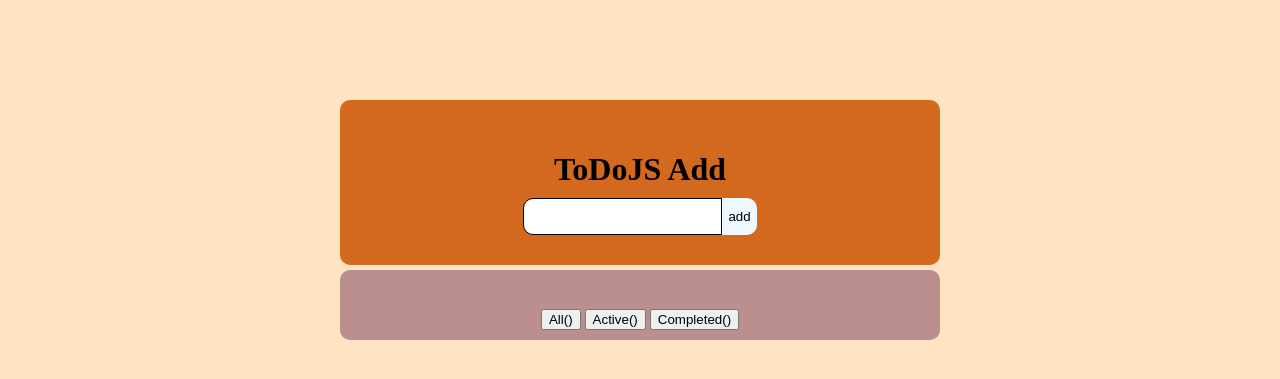
Repository: Savich01/todoTest
Page: index.html
An editor plug-in stored every save of this project. The page is shown before and after the next save, followed by the edit.
The browser window is 1280 px wide. The pictures show the whole page.

Above is the page before, as saved 2024-05-03 15:12:40.

After the next save:
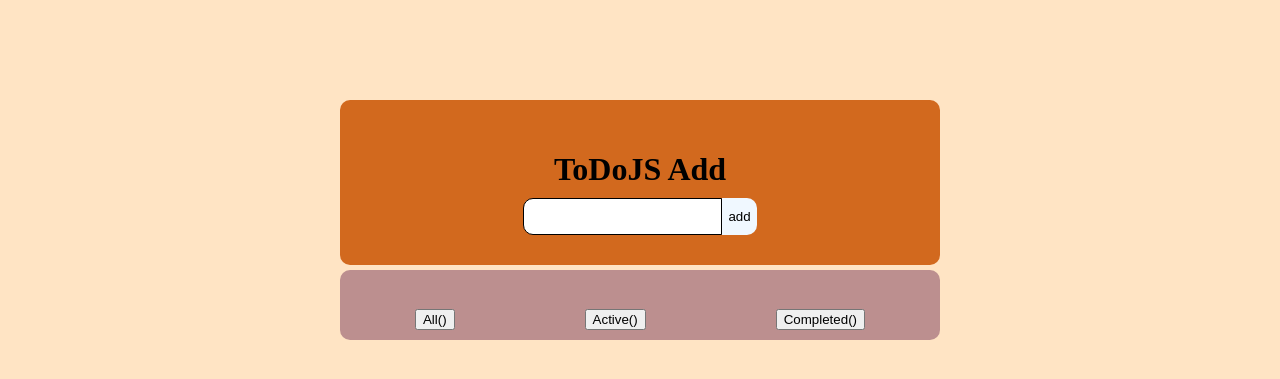
Saved 8 min 12 s later.
--- a/index.html
+++ b/index.html
@@ -24,11 +24,9 @@
 
             </div>
             <div class="main-button">
-                <div class="button">
-                    <button class="main-btn1">All()</button>
-                    <button class="main-btn2">Active()</button>
-                    <button class="main-btn3">Completed()</button>
-                </div>
+                 <button class="main-btn1">All()</button>
+                 <button class="main-btn2">Active()</button>
+                 <button class="main-btn3">Completed()</button>
             </div>
             </div>
      </main>
